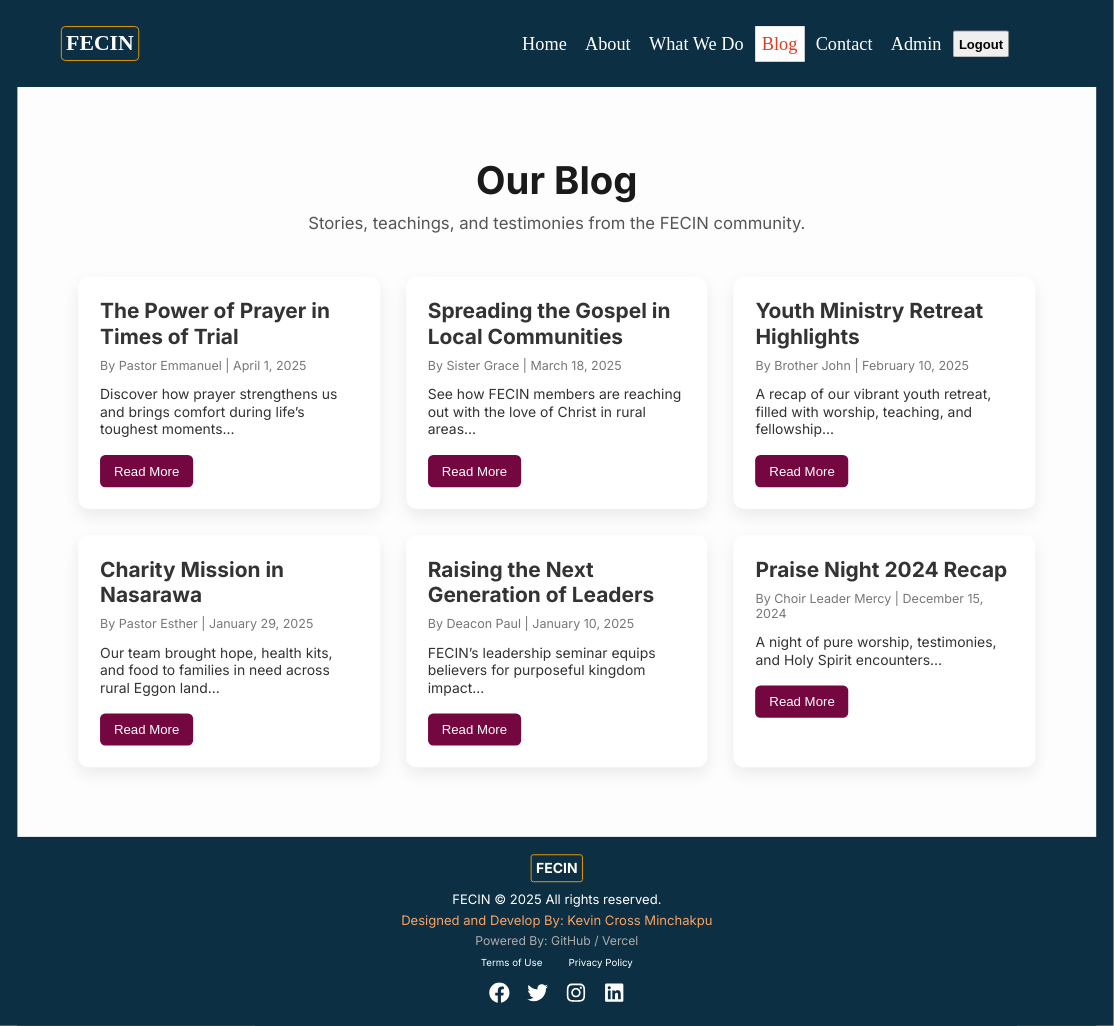
Repository: KCMinchakpu/fecin-projectgs497
Page: /blog
The author's editor kept a copy of each file at every save. The page is drawn from the files as they stood at one save, then again after the next save.
The browser window is 1280 px wide. The pictures show the whole page, at 87% of full size.
The project was rebuilt for these pictures with package versions that can differ from the ones it lists, and the page was loaded fresh each time. The framework's server and built-in components were replaced by stand-ins that run in the browser. Also part of the build but not shown: next.config.mjs.

Above is the page before, as saved 2025-04-05 20:16:28.

After the next save:
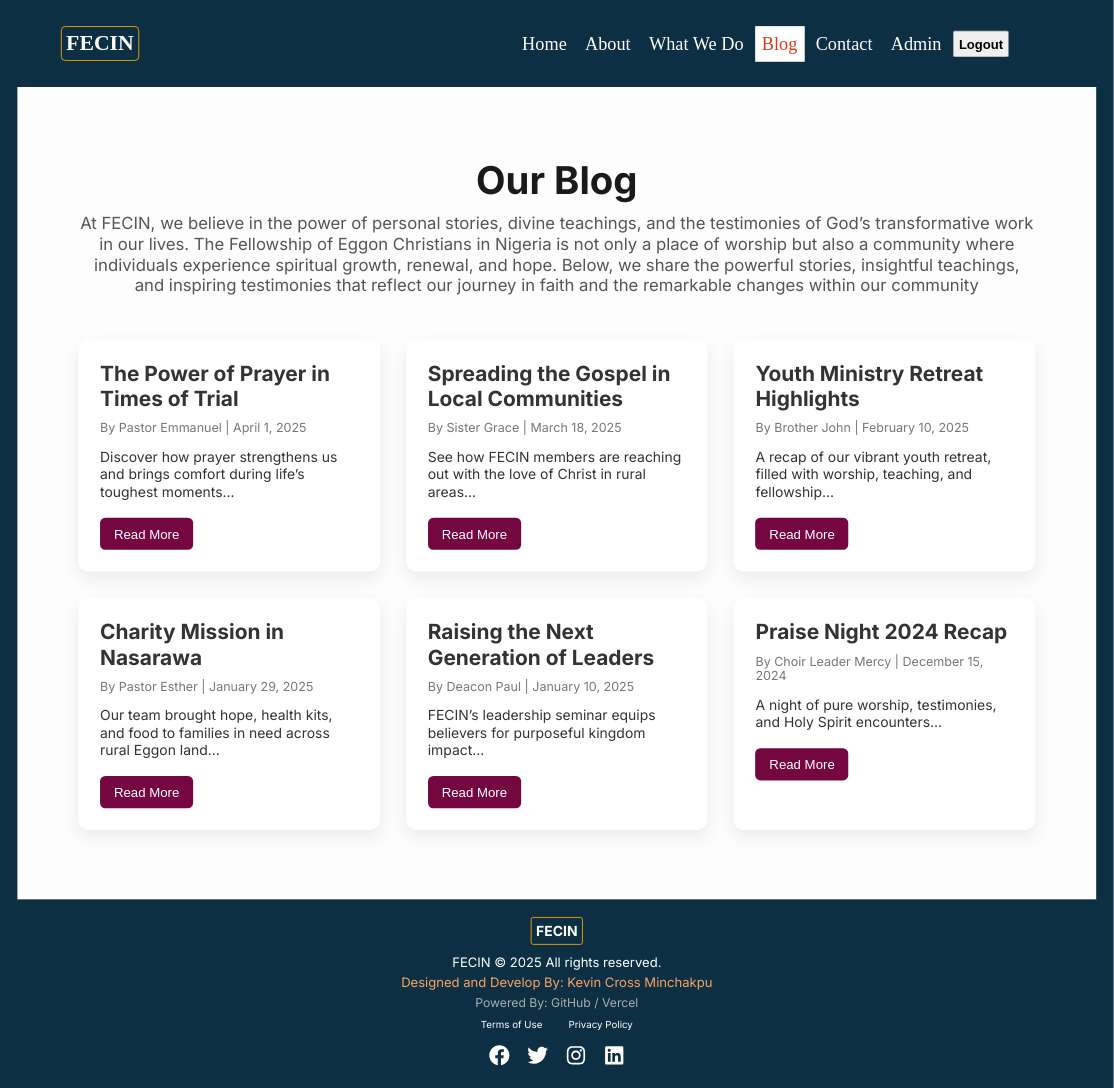
Saved 61 s later.
--- a/src/app/blog/page.jsx
+++ b/src/app/blog/page.jsx
@@ -54,7 +54,7 @@ const BlogPage = () => {
       <div className={styles.container}>
         <h1 className={styles.heading}>Our Blog</h1>
         <p className={styles.subheading}>
-          Stories, teachings, and testimonies from the FECIN community.
+        At FECIN, we believe in the power of personal stories, divine teachings, and the testimonies of God’s transformative work in our lives. The Fellowship of Eggon Christians in Nigeria is not only a place of worship but also a community where individuals experience spiritual growth, renewal, and hope. Below, we share the powerful stories, insightful teachings, and inspiring testimonies that reflect our journey in faith and the remarkable changes within our community
         </p>
         <div className={styles.grid}>
           {blogPosts.map((post, index) => (
